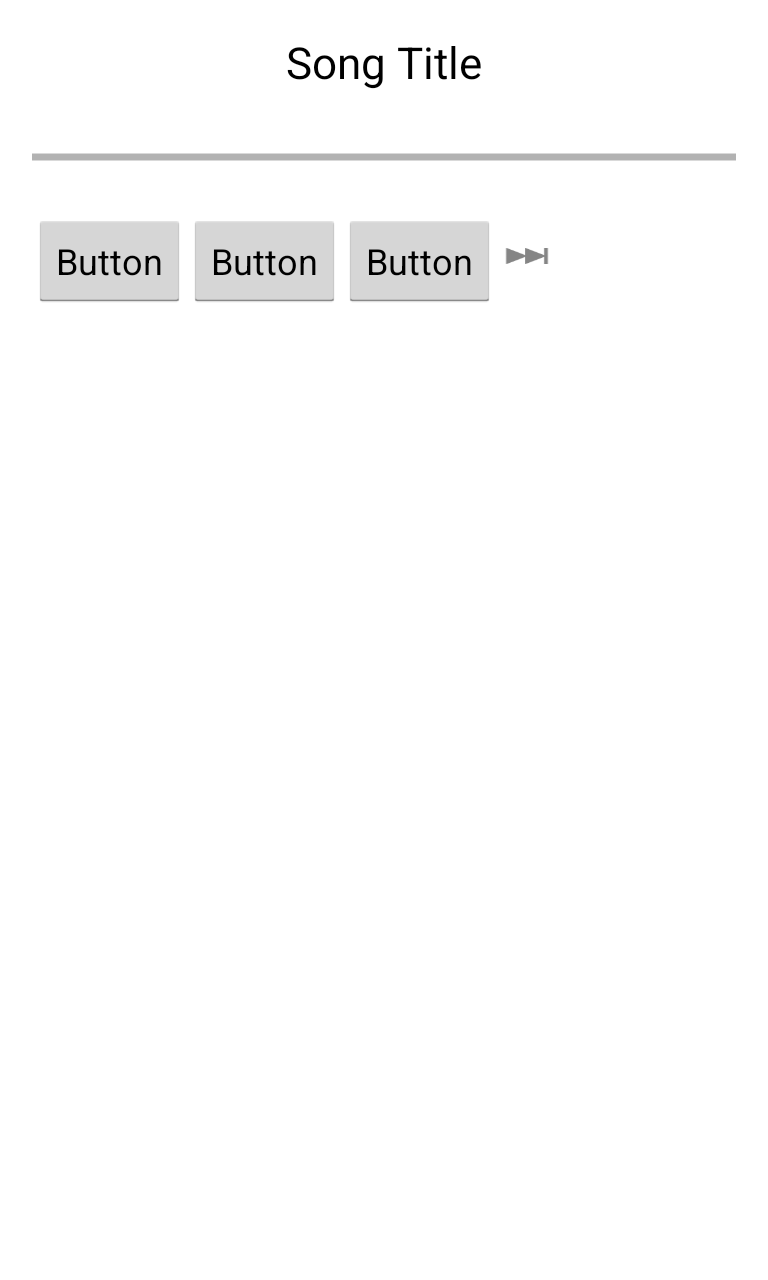
Repository: laurenelder/MDF3
Layout: MiniMediaPlayer/res/layout/activity_main.xml
The author's editor kept a copy of each file at every save. The layout is drawn from the files as they stood at one save, then again after the next save.
It is drawn on a 768 x 1280 px phone screen (xhdpi) without system bars, with theme AppTheme; the app's code is not run.

Above is the layout before, as saved 2014-09-05 16:59:12.

### MiniMediaPlayer/res/layout/activity_main.xml
<LinearLayout xmlns:android="http://schemas.android.com/apk/res/android"
    xmlns:tools="http://schemas.android.com/tools"
    android:layout_width="match_parent"
    android:layout_height="match_parent"
    android:id="@+id/container"
    android:orientation="vertical"
    android:paddingBottom="@dimen/activity_vertical_margin"
    android:paddingLeft="@dimen/activity_horizontal_margin"
    android:paddingRight="@dimen/activity_horizontal_margin"
    android:paddingTop="@dimen/activity_vertical_margin"
    tools:context="com.example.minimediaplayer.MainActivity" >

    <TextView
        android:id="@+id/songTitle"
        android:layout_width="match_parent"
        android:layout_height="wrap_content"
        android:text="@string/title"
        android:gravity="center"
        android:textAppearance="?android:attr/textAppearanceLarge" />

    <ProgressBar
        android:id="@+id/songProgress"
        style="?android:attr/progressBarStyleHorizontal"
        android:layout_width="match_parent"
        android:layout_height="wrap_content"
        android:layout_marginTop="25dp"
        android:gravity="center" />

    <LinearLayout
        android:layout_width="match_parent"
        android:layout_height="wrap_content"
        android:layout_marginTop="20dp" >

        <Button
            android:id="@+id/previousBtn"
            android:layout_width="wrap_content"
            android:layout_height="wrap_content"
            android:text="Button" />

        <Button
            android:id="@+id/stopBtn"
            android:layout_width="wrap_content"
            android:layout_height="wrap_content"
            android:text="Button" />

        <Button
            android:id="@+id/playBtn"
            android:layout_width="wrap_content"
            android:layout_height="wrap_content"
            android:text="Button" />

        <Button
            android:id="@+id/nextBtn"
            android:layout_width="30dp"
            android:layout_height="20dp"
            android:background="@drawable/ic_action_next" />

    </LinearLayout>

</LinearLayout>

### MiniMediaPlayer/res/values/strings.xml
<?xml version="1.0" encoding="utf-8"?>
<resources>

    <string name="app_name">Mini Media Player</string>
    <string name="hello_world">Hello world!</string>
    <string name="action_settings">Settings</string>
    <string name="title">Song Title</string>

</resources>

Loaded but not shown: MiniMediaPlayer/res/values/styles.xml (common file); MiniMediaPlayer/res/values-v11/styles.xml (common file); MiniMediaPlayer/res/values-v14/styles.xml (common file); MiniMediaPlayer/res/values/dimens.xml (common file); MiniMediaPlayer/res/values-w820dp/dimens.xml (common file)

After the next save:
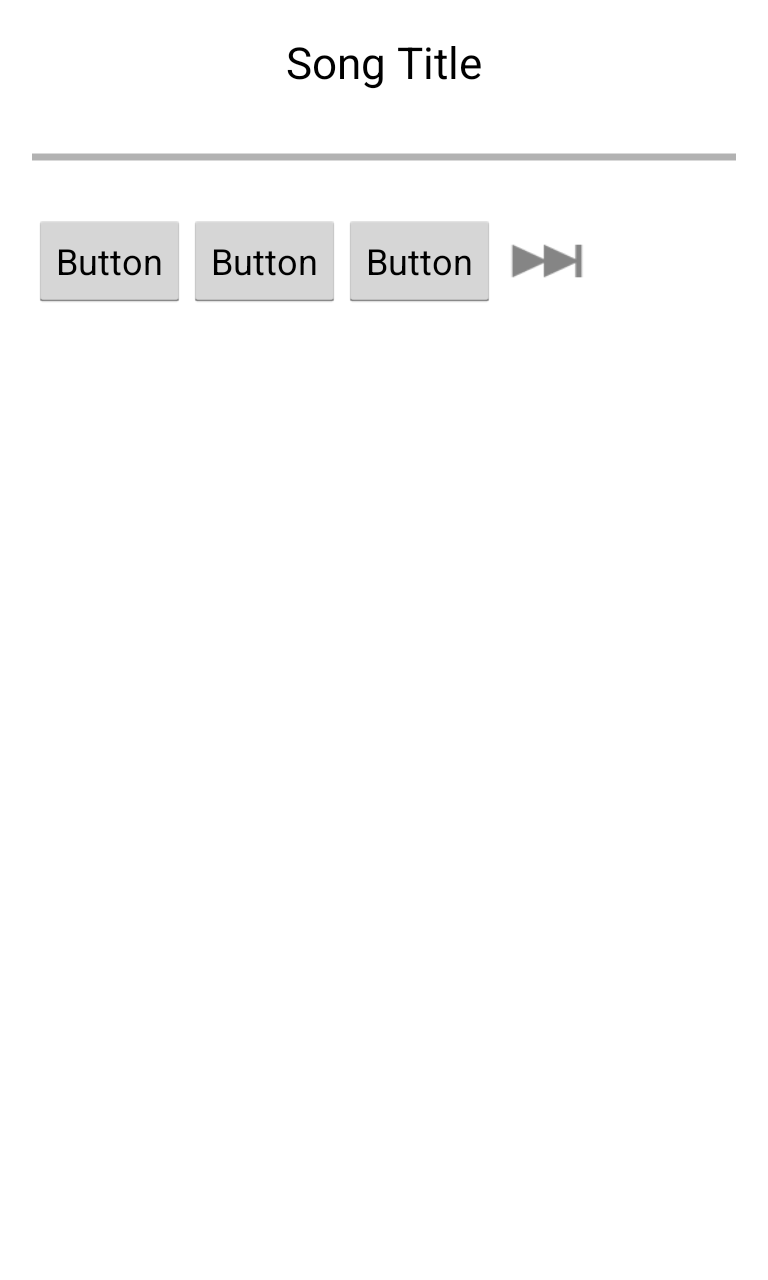
Saved 25 s later.
--- a/MiniMediaPlayer/res/layout/activity_main.xml
+++ b/MiniMediaPlayer/res/layout/activity_main.xml
@@ -51,8 +51,8 @@
 
         <Button
             android:id="@+id/nextBtn"
-            android:layout_width="30dp"
-            android:layout_height="20dp"
+            android:layout_width="50dp"
+            android:layout_height="40dp"
             android:background="@drawable/ic_action_next" />
 
     </LinearLayout>
